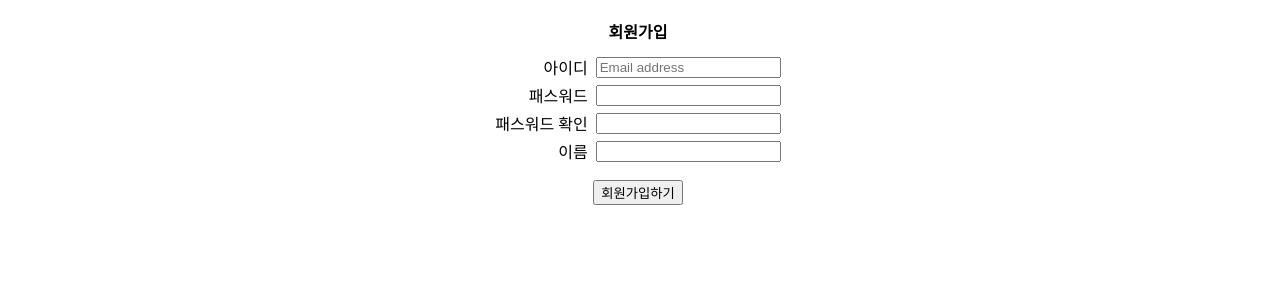
Repository: myungjin2009/SYUBook
Page: Hello2/WebContent/withdraw.html
These files come from the project's save history. The page is drawn as it stood at one moment and after the next save; the edit follows.
The browser window is 1280 px wide. The pictures show the whole page.

Above is the page before, as saved 2021-05-21 02:01:01.

### Hello2/WebContent/withdraw.html
<!DOCTYPE html>
<html>
<head>
<meta charset="EUC-KR">
<title>Insert title here</title>
</head>
<body>
	<form action="signup.jsp" method="post">
		<table align=center>
		<tr>
			<td colspan=2 align=center height=40><b>회원가입</b><td>
		</tr>
		<tr>
			<td align=right>아이디&nbsp;</td>
			<td><input type="text" name="id" placeholder="Email address" required></td>
		</tr>
		<tr>
			<td align=right>패스워드&nbsp;</td>
			<td><input type="password" name="ps" required></td>
		</tr>
		<tr>
			<td align=right>패스워드 확인&nbsp;</td>
			<td><input type="password" name="ps2" required></td> <!-- 지금은 구현X, 나중에한다하심 -->
		</tr>
		<tr>
			<td align=right>이름&nbsp;</td>
			<td><input type="text" name="name" required></td>
		</tr>
		<tr>
			<td colspan=2 align=center height=50>
			<input type="submit" value="회원가입하기">
			</td>
		</tr>
		</table>
	</form>
</body>
</html>

After the next save:
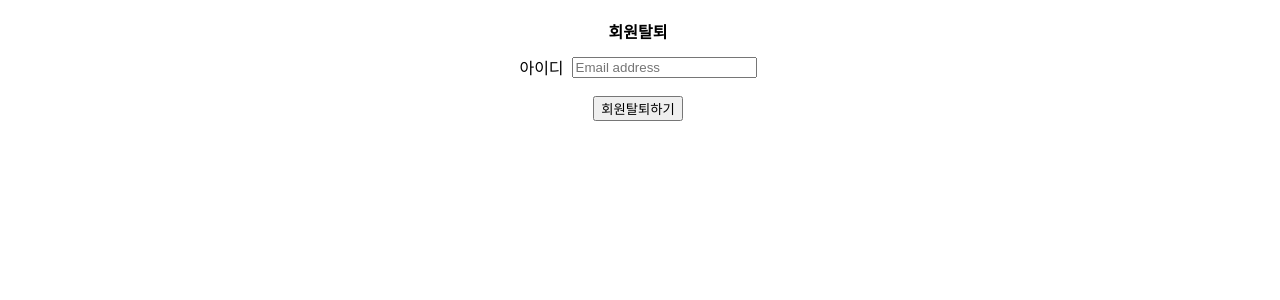
Saved 3 min 2 s later.
--- a/Hello2/WebContent/withdraw.html
+++ b/Hello2/WebContent/withdraw.html
@@ -5,30 +5,18 @@
 <title>Insert title here</title>
 </head>
 <body>
-	<form action="signup.jsp" method="post">
+	<form action="withdraw.jsp" method="post">
 		<table align=center>
 		<tr>
-			<td colspan=2 align=center height=40><b>회원가입</b><td>
+			<td colspan=2 align=center height=40><b>회원탈퇴</b><td>
 		</tr>
 		<tr>
 			<td align=right>아이디&nbsp;</td>
 			<td><input type="text" name="id" placeholder="Email address" required></td>
 		</tr>
 		<tr>
-			<td align=right>패스워드&nbsp;</td>
-			<td><input type="password" name="ps" required></td>
-		</tr>
-		<tr>
-			<td align=right>패스워드 확인&nbsp;</td>
-			<td><input type="password" name="ps2" required></td> <!-- 지금은 구현X, 나중에한다하심 -->
-		</tr>
-		<tr>
-			<td align=right>이름&nbsp;</td>
-			<td><input type="text" name="name" required></td>
-		</tr>
-		<tr>
 			<td colspan=2 align=center height=50>
-			<input type="submit" value="회원가입하기">
+			<input type="submit" value="회원탈퇴하기">
 			</td>
 		</tr>
 		</table>
